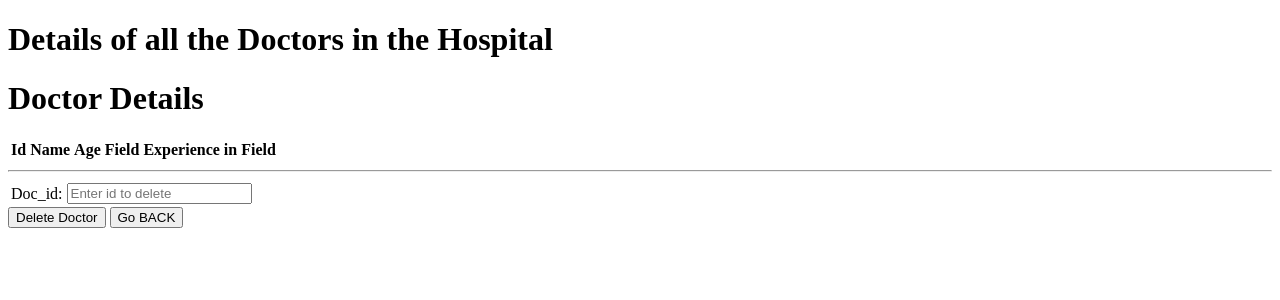
Repository: SangatiNithyaSai/SpringWorkspace
Page: http://localhost/alldoctors
An editor plug-in stored every save of this project. The page is shown before and after the next save, followed by the edit.
The browser window is 1280 px wide. The pictures show the whole page.
The page is this project's Thymeleaf template; nobody is signed in. The template is opened directly, without the code that normally fills it, so the values that code supplies are empty.

Above is the page before, as saved 2022-03-31 06:25:47.

### hospital-management/src/main/resources/templates/alldoctors.html
<!DOCTYPE html>
<html>
<body>
  <p><h1>Details of all the Doctors in the Hospital</h1></p>


  <h1>Doctor Details</h1>
  <table>
  <thead>
        <th>Id</th>
        <th>Name</th>
        <th>Age</th>
        <th>Field</th>
        <th>Experience in Field</th>
        </thead>
        <body>
   <tr th:each="doc:${doctors}">
   <td th:text="${doc.id}"/>
    <td th:text="${doc.name}"></td>
    <td th:text="${doc.age}"></td>
    <td th:text="${doc.field}"></td>
    <td th:text="${doc.exp_in_years}"></td> </tr>

    </table>
    </body>
  </table>

<hr>
<table>
      <tr>
        <td>Doc_id:</td>
        <td><input type="text"  placeholder="Enter id to delete"/></td>
      </tr>
  </table>
      <button onclick="myFunction1()">Delete Doctor</button>
<script>
function myFunction1() {
  location.replace("/HospitalManagement/adminoperation")
}
</script>


   <button onclick="myFunction()">Go BACK</button>
<script>
function myFunction() {
  location.replace("/HospitalManagement/adminoperation")
}
</script>


</body>
</html>

After the next save:
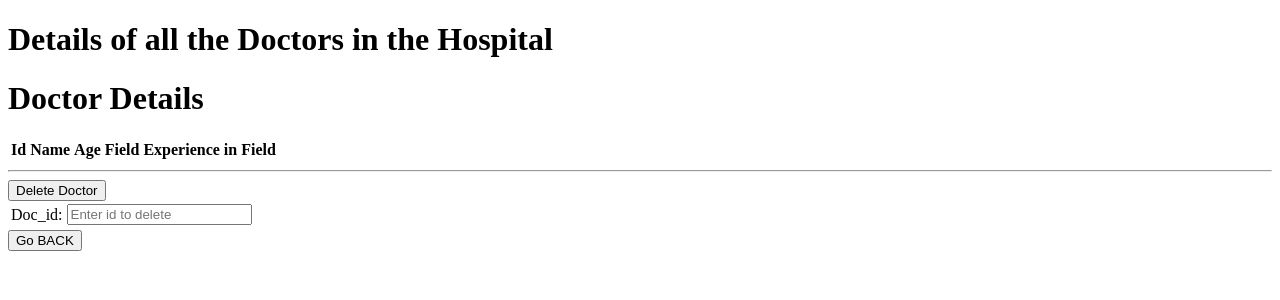
Saved 1 s later.
--- a/hospital-management/src/main/resources/templates/alldoctors.html
+++ b/hospital-management/src/main/resources/templates/alldoctors.html
@@ -26,23 +26,24 @@
   </table>
 
 <hr>
+<form>
 <table>
+      <tr action="#" >
+        <td>Doc_id:</td>
+        <td><input type="text"  id="docid" placeholder="Enter id to delete"/></td>
+      </tr>
       <tr>
-        <td>Doc_id:</td>
-        <td><input type="text"  placeholder="Enter id to delete"/></td>
-      </tr>
+      <button type="submit">Delete Doctor</button>
+ </tr>
+
   </table>
-      <button onclick="myFunction1()">Delete Doctor</button>
-<script>
-function myFunction1() {
-  location.replace("/HospitalManagement/adminoperation")
-}
-</script>
+  </form>
 
 
    <button onclick="myFunction()">Go BACK</button>
 <script>
 function myFunction() {
+	var docid=document.getElementById("docid").value
   location.replace("/HospitalManagement/adminoperation")
 }
 </script>
